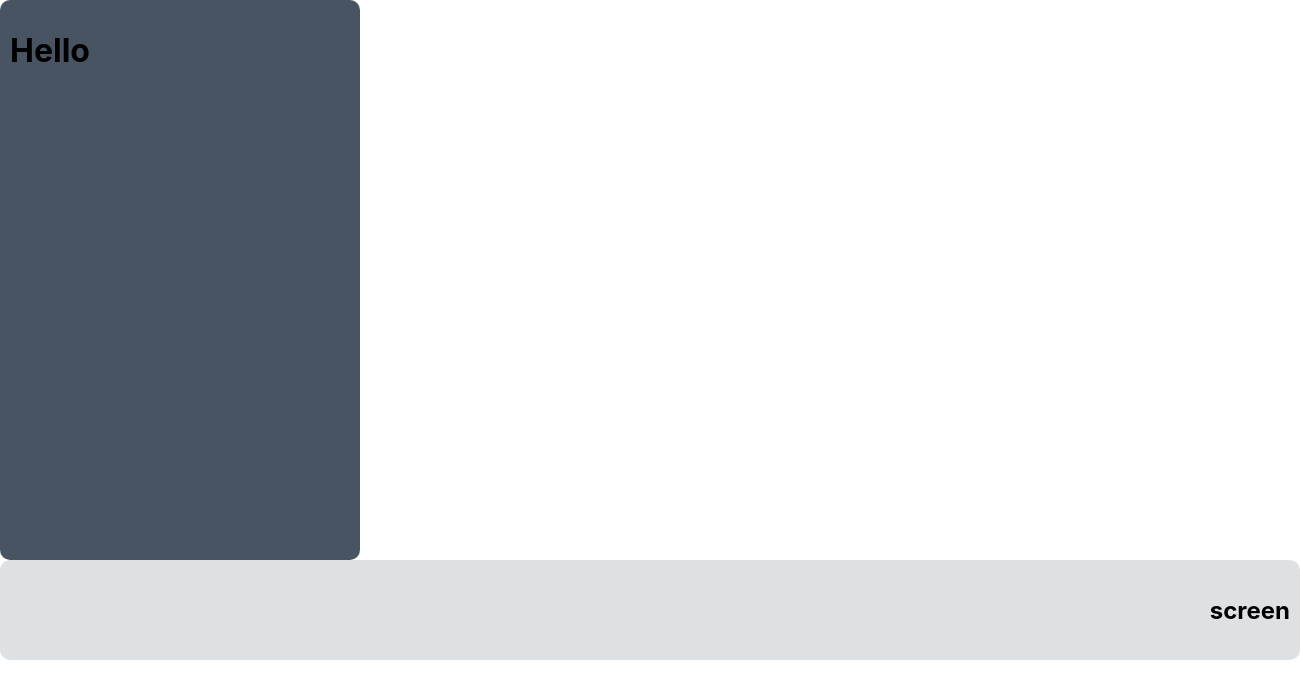
Repository: qudos4real/calculator
Page: /
The author's editor kept a copy of each file at every save. The page is drawn from the files as they stood at one save, then again after the next save.
The browser window is 1280 px wide. The page is 1300 px wide, then 1280 px, so the pictures cover 1300 px, including what lies to the right of the window. The pictures show the whole page.
The project was rebuilt for these pictures with package versions that can differ from the ones it lists, and the page was loaded fresh each time.

Above is the page before, as saved 2022-10-07 21:17:08.

After the next save:
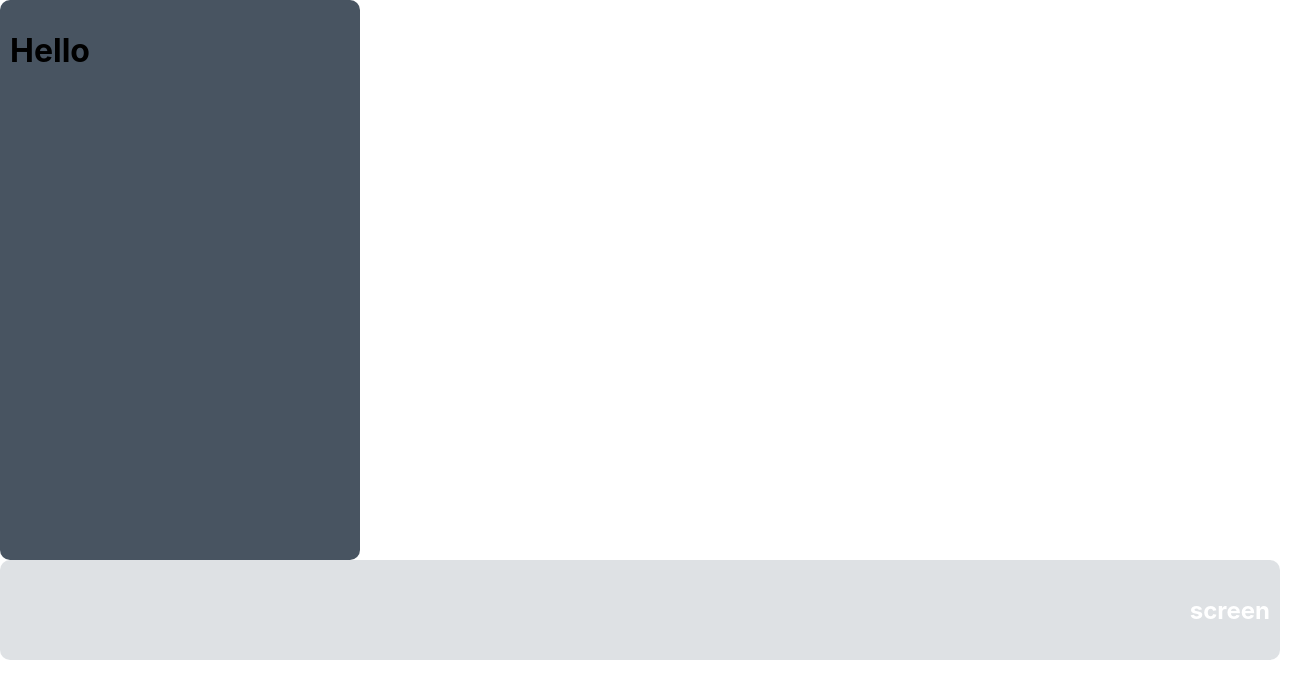
Saved 41 s later.
--- a/src/components/Display.css
+++ b/src/components/Display.css
@@ -8,4 +8,7 @@
     display: flex;
     align-items: center;
     justify-content: flex-end;
+    color: white;
+    font-weight: bold;
+    box-sizing: border-box;
 }
